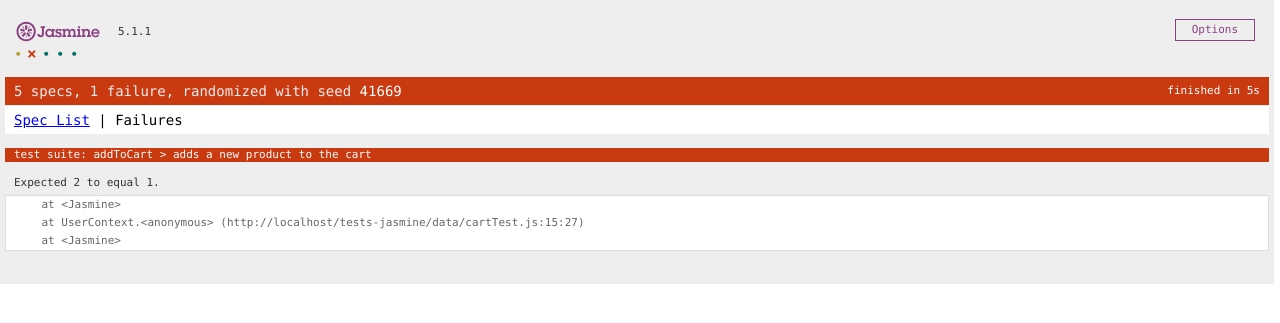
Repository: Jpr-2311/Amazon_Clone
Page: tests-jasmine/tests.html
An editor plug-in stored every save of this project. The page is shown before and after the next save, followed by the edit.
The browser window is 1280 px wide. The pictures show the whole page.

Above is the page before, as saved 2025-06-19 11:15:19.

### tests-jasmine/tests.html
<!DOCTYPE html>
<html>
<head>
  <meta charset="utf-8">
  <title>Jasmine Spec Runner v5.1.1</title>

  <link rel="shortcut icon" type="image/png" href="lib/jasmine-5.1.1/jasmine_favicon.png">
  <link rel="stylesheet" href="lib/jasmine-5.1.1/jasmine.css">

  <script src="lib/jasmine-5.1.1/jasmine.js"></script>
  <script src="lib/jasmine-5.1.1/jasmine-html.js"></script>
  <script src="lib/jasmine-5.1.1/boot0.js"></script>
  <!-- optional: include a file here that configures the Jasmine env -->
  <script src="lib/jasmine-5.1.1/boot1.js"></script>

  <script src="utils/moneyTest.js" type="module"></script>
  <script src="data/cartTest.js" type="module"></script>
</head>

<body>
</body>
</html>

### tests-jasmine/lib/jasmine-5.1.1/boot0.js
 /*
Copyright (c) 2008-2023 Pivotal Labs

Permission is hereby granted, free of charge, to any person obtaining
a copy of this software and associated documentation files (the
"Software"), to deal in the Software without restriction, including
without limitation the rights to use, copy, modify, merge, publish,
distribute, sublicense, and/or sell copies of the Software, and to
permit persons to whom the Software is furnished to do so, subject to
the following conditions:

The above copyright notice and this permission notice shall be
included in all copies or substantial portions of the Software.

THE SOFTWARE IS PROVIDED "AS IS", WITHOUT WARRANTY OF ANY KIND,
EXPRESS OR IMPLIED, INCLUDING BUT NOT LIMITED TO THE WARRANTIES OF
MERCHANTABILITY, FITNESS FOR A PARTICULAR PURPOSE AND
NONINFRINGEMENT. IN NO EVENT SHALL THE AUTHORS OR COPYRIGHT HOLDERS BE
LIABLE FOR ANY CLAIM, DAMAGES OR OTHER LIABILITY, WHETHER IN AN ACTION
OF CONTRACT, TORT OR OTHERWISE, ARISING FROM, OUT OF OR IN CONNECTION
WITH THE SOFTWARE OR THE USE OR OTHER DEALINGS IN THE SOFTWARE.
*/
/**
 This file starts the process of "booting" Jasmine. It initializes Jasmine,
 makes its globals available, and creates the env. This file should be loaded
 after `jasmine.js` and `jasmine_html.js`, but before `boot1.js` or any project
 source files or spec files are loaded.
 */
(function() {
  const jasmineRequire = window.jasmineRequire || require('./jasmine.js');

  /**
   * ## Require &amp; Instantiate
   *
   * Require Jasmine's core files. Specifically, this requires and attaches all of Jasmine's code to the `jasmine` reference.
   */
  const jasmine = jasmineRequire.core(jasmineRequire),
    global = jasmine.getGlobal();
  global.jasmine = jasmine;

  /**
   * Since this is being run in a browser and the results should populate to an HTML page, require the HTML-specific Jasmine code, injecting the same reference.
   */
  jasmineRequire.html(jasmine);

  /**
   * Create the Jasmine environment. This is used to run all specs in a project.
   */
  const env = jasmine.getEnv();

  /**
   * ## The Global Interface
   *
   * Build up the functions that will be exposed as the Jasmine public interface. A project can customize, rename or alias any of these functions as desired, provided the implementation remains unchanged.
   */
  const jasmineInterface = jasmineRequire.interface(jasmine, env);

  /**
   * Add all of the Jasmine global/public interface to the global scope, so a project can use the public interface directly. For example, calling `describe` in specs instead of `jasmine.getEnv().describe`.
   */
  for (const property in jasmineInterface) {
    global[property] = jasmineInterface[property];
  }
})();

### tests-jasmine/utils/moneyTest.js
import {formatCurrency} from '../../scripts/utils/money.js';

describe('test suite: formatCurrency',()=>{
 it('converts cents into dollars',()=>{
  expect(formatCurrency(2095)).toEqual('20.95');
 });

 it('works with 0',()=>{
  expect(formatCurrency(0)).toEqual('0.00');
 });

 it('rounds up to the nearest cents',()=>{
  expect(formatCurrency(2000.5)).toEqual('20.01')
 });
});

### tests-jasmine/data/cartTest.js
import {addToCart,cart} from'../../data/cart.js';

describe('test suite: addToCart',()=>{
  it('adds an existing product to the cart',()=>{

  });

  it('adds a new product to the cart',()=>{
      spyOn(localStorage,'getItem').and.callFake(()=>{
        return JSON.stringify([]);
      });
      console.log(localStorage.getItem('cart'));

      addToCart('e43638ce-6aa0-4b85-b27f-e1d07eb678c6');
      expect(cart.length).toEqual(1);
  });
});

### data/cart.js
export let cart = JSON.parse(localStorage.getItem('cart'));

if (!cart) {
  cart = [{
    productId: 'e43638ce-6aa0-4b85-b27f-e1d07eb678c6',
    quantity: 2,
    deliveryOptionId: '1'
  }, {
    productId: '15b6fc6f-327a-4ec4-896f-486349e85a3d',
    quantity: 1,
    deliveryOptionId: '2'
  }];
}

  function loadFromStorage(){

  }

function saveToStorage() {
  localStorage.setItem('cart', JSON.stringify(cart));
}

export function addToCart(productId) {
  let matchingItem;

  cart.forEach((cartItem) => {
    if (productId === cartItem.productId) {
      matchingItem = cartItem;
    }
  });

  if (matchingItem) {
    matchingItem.quantity += 1;
  } else {
    cart.push({
      productId: productId,
      quantity: 1,
      deliveryOptionId: '1'
    });
  }

  saveToStorage();
}

export function removeFromCart(productId) {
  const newCart = [];

  cart.forEach((cartItem) => {
    if (cartItem.productId !== productId) {
      newCart.push(cartItem);
    }
  });

  cart = newCart;

  saveToStorage();
}

export function updateDeliveryOption(productId, deliveryOptionId) {
  let matchingItem;

  cart.forEach((cartItem) => {
    if (productId === cartItem.productId) {
      matchingItem = cartItem;
    }
  });

  matchingItem.deliveryOptionId = deliveryOptionId;

  saveToStorage();
}

Loaded but not shown: tests-jasmine/lib/jasmine-5.1.1/jasmine.css (library); tests-jasmine/lib/jasmine-5.1.1/jasmine.js (library); tests-jasmine/lib/jasmine-5.1.1/jasmine-html.js (library); tests-jasmine/lib/jasmine-5.1.1/boot1.js (library); scripts/utils/money.js (common file)

After the next save:
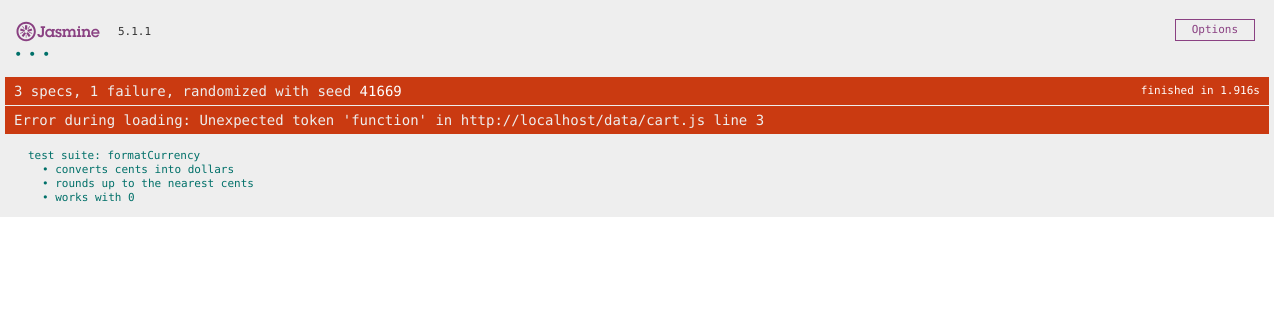
Console error: SyntaxError: Unexpected token 'function'
Saved 12 s later.
--- a/data/cart.js
+++ b/data/cart.js
@@ -1,20 +1,4 @@
-export let cart = JSON.parse(localStorage.getItem('cart'));
-
-if (!cart) {
-  cart = [{
-    productId: 'e43638ce-6aa0-4b85-b27f-e1d07eb678c6',
-    quantity: 2,
-    deliveryOptionId: '1'
-  }, {
-    productId: '15b6fc6f-327a-4ec4-896f-486349e85a3d',
-    quantity: 1,
-    deliveryOptionId: '2'
-  }];
-}
-
-  function loadFromStorage(){
-
-  }
+export let
 
 function saveToStorage() {
   localStorage.setItem('cart', JSON.stringify(cart));

After the save that followed:
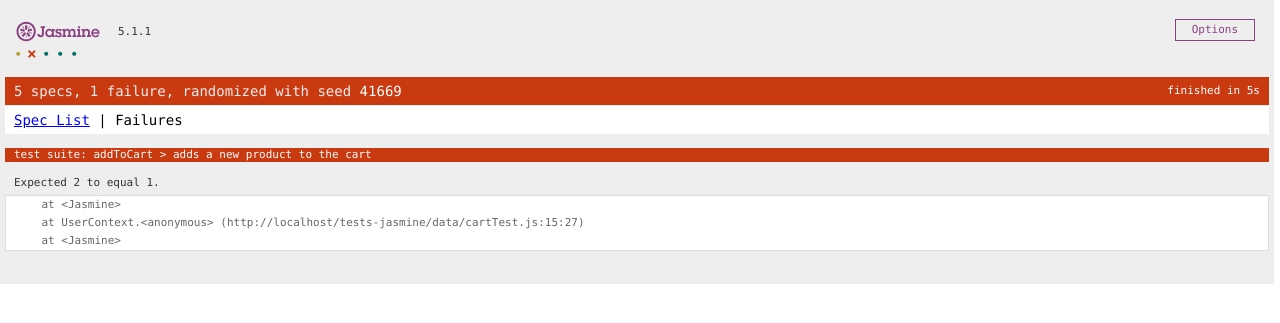
The error is gone.
Saved 14 s later.
--- a/data/cart.js
+++ b/data/cart.js
@@ -1,4 +1,20 @@
-export let
+export let cart = JSON.parse(localStorage.getItem('cart'));
+
+if (!cart) {
+  cart = [{
+    productId: 'e43638ce-6aa0-4b85-b27f-e1d07eb678c6',
+    quantity: 2,
+    deliveryOptionId: '1'
+  }, {
+    productId: '15b6fc6f-327a-4ec4-896f-486349e85a3d',
+    quantity: 1,
+    deliveryOptionId: '2'
+  }];
+}
+
+  function loadFromStorage(){
+
+  }
 
 function saveToStorage() {
   localStorage.setItem('cart', JSON.stringify(cart));
